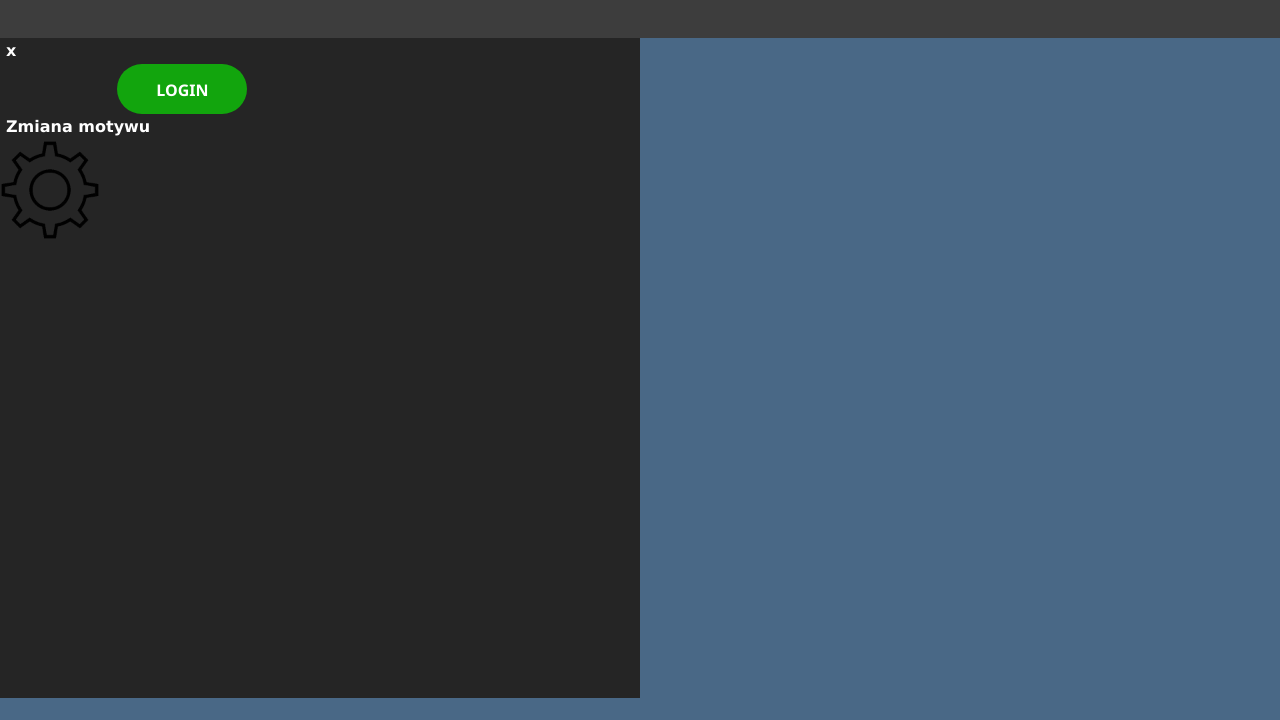
Repository: K4ziWolf/kazi
Page: /, after clicking the first element matching `button.btn`
These files come from the project's save history. The page is drawn as it stood at one moment and after the next save; the edit follows.
The browser window is 1280 px wide. The pictures show the whole page.
The project was rebuilt for these pictures with package versions that can differ from the ones it lists, and the page was loaded fresh each time. Also part of the build but not shown: vue.config.js, src/components/login_screen.vue, src/components/option_screen.vue.

Above is the page before, as saved 2023-10-20 22:33:56.

### src/App.vue
<template>
<body>
  <section>
  <div id="container" class="col-md-12">
    <div class="d-flex flex-column text-white" style="background-color: rgb(61, 61, 61) ">
    <div class="x-btn">
      <button class="btn btn-outline-secondary" v-bind:class="open_menu_button " @click="showMenuScreen" >
        Pokaż menu
      </button>
      <menu_screen v-if="isMenuScreenVisible" @hide-menu-screen="hideMenuScreen" @show-login-screen="showLoginScreen" @change-theme="changeTheme" @option-open="optionOpener">
      </menu_screen>

    <div> <!--menu_scree i login_screen odpowiedzialne są za pokazywanie się tych komponentów-->
      <login_screen v-if="isLoginScreenVisible" @hide-login-screen="hideLoginScreen">
      </login_screen>
    </div>
    <option_screen v-if="isOptionScreenVisible" @hide-option-screen="HideOptionScreen">
      </option_screen>
  </div>
  </div>
  </div>
  </section>
</body>
</template>

<script>
import menu_screen from './components/menu_screen.vue';
import login_screen from './components/login_screen.vue';
import option_screen from './components/option_screen.vue';
export default {
  components: {
    menu_screen,
    login_screen,
    option_screen,
  },
  data() {
    return {
      open_menu_button: "show",
      open_login_button: "show",
      isLoginScreenVisible: false,
      isMenuScreenVisible: false,
      changecolor:0,
      isOptionScreenVisible: false,
    };
  },
  methods: {
    optionOpener(){
      this.isOptionScreenVisible = true;
    },
    HideOptionScreen(){
      setTimeout(() => {
      this.isOptionScreenVisible = false;
      }, 1000);
    },
    changeTheme() {
        this.changecolor += 1;
      if (this.changecolor % 2 === 0) {
        document.body.style.backgroundColor = 'blue';
      } else {
        document.body.style.backgroundColor = 'red';
      }
    },
    showMenuScreen() { //funkcja pokazująca menu
      this.isMenuScreenVisible = true;
      this.open_menu_button = "hidden";
      this.open_login_button = "show";
    },
    hideMenuScreen() {
      setTimeout(() => { //timeout aby animacja była płynna
        this.open_menu_button = "show";
        this.isMenuScreenVisible = false;
      }, 1200);
    },
    showLoginScreen() {
      this.isLoginScreenVisible = true;
      setTimeout(() => {
      this.isMenuScreenVisible = false;
      }, 1000);
    },
    hideLoginScreen() {
      setTimeout(() => {
        this.open_login_button = "show";
        this.open_menu_button ='show'
        this.isLoginScreenVisible = false;
      }, 1500);
    },
  },
};
</script>

<style>
@import '/src/style.css';

#app {
  font-family: Avenir, Helvetica, Arial, sans-serif;
  -webkit-font-smoothing: antialiased;
  -moz-osx-font-smoothing: grayscale;
  text-align: center;
  color: #2c3e50;
}
.show {
  opacity: 1;
  animation: show_button 0.4s;
}
@keyframes show_button {
  from {
    opacity: 0;
  }
  to {
    opacity: 1;
  }
}
.hidden {
  animation: hide_button 0.4s;
  opacity: 0;
}
@keyframes hide_button {
  from {
    opacity: 1;
  }
  to {
    opacity: 0;
  }
}
body { /*testy moje do zmiany */
  height: 100%;
  width: 100%;
  background-color: rgb(127, 247, 207);
}
.x-btn {
  background-color: rgb(61, 61, 61);

}
.xd-btn {
  text-decoration: none;
  border: none;
  font-family: Verdana, Geneva, Tahoma, sans-serif;
  background-color: #2c3e50;
  border-bottom-left-radius: 25px;
  border-bottom-right-radius: 25px;
  color: white;
  font-weight: bolder;

}
html {
  background-color: #496886;
}
</style>

### src/style.css
template {
    background-color: aqua;
}

### src/components/menu_screen.vue
<template>
  <div class="holder-ten1 col-sm-6" id="menu_holder" :class="menu_box_show">
    <div class="pole-exit-btn" id="Exit_menu_button">
      <button class="exit-baton" id="menu_exit_button" @click="hideMenuScreen">x</button>
      <button class="baton" id="poka-login" v-bind:class="open_login_button" @click="showLoginScreen">
        LOGIN
      </button>
      <button id="change_theme_btn" v-bind:class="change_theme_btn" @click="changeTheme">
        Zmiana motywu
      </button>
      <div id="gear_icon_box">
        <img
          v-bind:class="open_option_button"
          src="../assets/gear_icon.png"
          alt="Gear Icon"
          @mouseenter="openOptionButtonEnter"
          @mouseleave="openOptionButtonLeave"
          @click="open_options"
        />
      </div>
    </div>
  </div>
  </template>

  <script>
  export default {
    data() {
      return {
        menu_box_show: "show",
        open_option_button: "unanimated",
        change_theme_btn:"bright",
      };
    },
    methods: {
      open_options(){
        this.$emit('option-open');

      },
      changeTheme() {
        if (this.change_theme_btn === 'dark') {
          this.change_theme_btn = 'bright';
        } else {
          this.change_theme_btn = 'dark';
        }
          this.$emit('change-theme');
      },
      hideMenuScreen() {
        this.$emit('hide-menu-screen');
        this.menu_box_show = "hide";
      }, //emit to event, czyli wysłanie do komponenta rodzica komendy wywołania funckji w tym przypadku hideMenuScreen
      showLoginScreen() {
        this.menu_box_show = "hide";
        setTimeout(() => {
          this.$emit('show-Login-Screen');
        }, 200); //opóźnienie dla dobra animacji chyba tak mi się wydaje dawno temu to pisałem
      },
      openOptionButtonEnter() {
        this.open_option_button = "animated";
      },
      openOptionButtonLeave(){
        this.open_option_button = "unanimated";
      },
    },
  };
  </script>
  <style scoped>  /* scoped dotyczy tylko tego dokumentu */
  .show {
    animation: show_animation 1s ease-in-out;
  }
  @keyframes show_animation {
    from {
      opacity: 0;
      transform: translate3d(-40%, 0, 0);
    }
    to {
      opacity: 1;
      transform: translate3d(0, 0, 0);
    }
  }
  .hide {
    opacity: 0;
    animation: hide_animation 1s ease-in-out;
  }
  @keyframes hide_animation {
    from {
      opacity: 1;
      transform: translate3d(0, 0, 0);
    }
    to {
      opacity: 0;
      transform: translate3d(-40%, 0, 0);
    }
  }

  #menu_holder { /*testy moje do zmiany */
    background-color: rgb(37, 37, 37) !important;

    display: grid;
   position: absolute;
   grid-template-columns: 1fr 1fr;
   grid-template-rows: 1fr 1fr 1fr 1fr 1fr;
   gap: 0px;
   grid-template-areas:
        ". Exit_menu_button"
        " poka-login ."
        "..."
        "gear_icon_box"
        " change_theme_btn .";
  }
  .baton {
    background-color: rgb(18, 165, 13);
    display: inline-grid;
    text-decoration: none;
    width: 130px;
    height: 50px;
    border-radius: 25px;
    text-align: center;
    font-family: 'Segoe UI', Tahoma, Geneva, Verdana, sans-serif;
    border: none;
    justify-content: center;
    align-self: center;
    color: white;
    margin-left: 14%;
    line-height: 50px;
    font-weight: bold;
  }
  .exit-baton {
    border: none;
    background-color: transparent;
    display: grid;

    font-family:Verdana, Geneva, Tahoma, sans-serif;
    font-weight: bold;
    color: white;


  }
  holder-ten1 {
    background-color: rgb(37, 37, 37);
  }
  pole-exit-btn {
    background-color: rgb(37, 37, 37);
  }
  .dark{
    color: rgb(37, 37, 37) !important;
  }
  .bright{

    color: white;
  }
  #gear_icon_box img {
    max-width: 100px;
    cursor: pointer;
  }
  .unanimated{
  animation: back_spin 0.5s;
}
  .animated{
    animation: spin 5s linear infinite;
  }
  @keyframes spin {
  from {
    transform: rotate(0deg);
  }
  to {
    transform: rotate(360deg);
  }
}
@keyframes back_spin {
  from {
    transform: rotate(360deg);
  }
  to {
    transform: rotate(0deg);
  }
 }
 #gear_icon_box {
    height: 30px;
    width: 30px;
    border: none;
    background-color: transparent;
    display: grid;
    font-family: Verdana, Geneva, Tahoma, sans-serif;
    font-weight: bold;
    grid-area: gear_icon_box;
}
  #change_theme_btn{
    border: none;
    background-color: transparent;
    display: grid;

    font-family:Verdana, Geneva, Tahoma, sans-serif;
    font-weight: bold;
    grid-area: change_theme_btn;
   }
  </style>

Loaded but not shown: public/index.html (common file); src/main.js (common file)

After the next save:
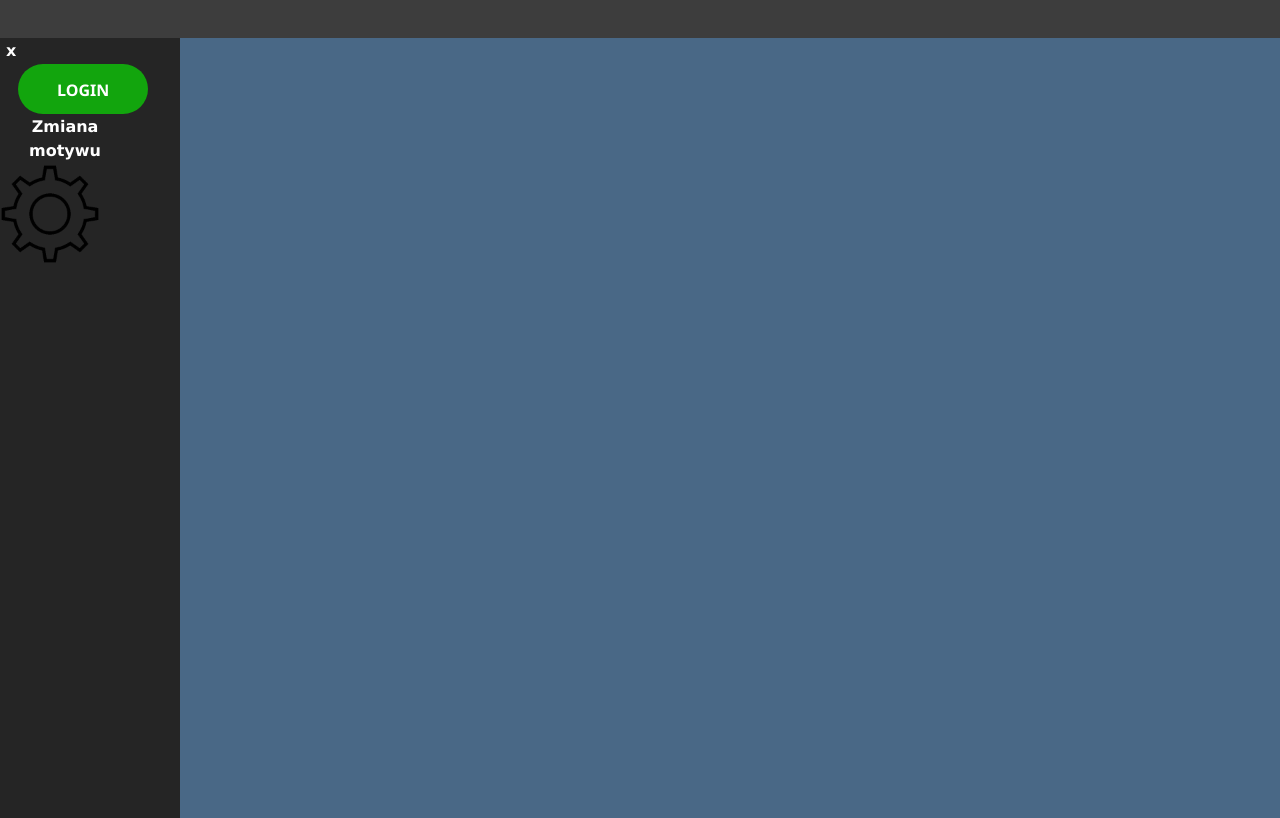
Saved 6 s later.
--- a/src/components/menu_screen.vue
+++ b/src/components/menu_screen.vue
@@ -1,14 +1,14 @@
 <template>
-  <div class="holder-ten1 col-sm-6" id="menu_holder" :class="menu_box_show">
-    <div class="pole-exit-btn" id="Exit_menu_button">
-      <button class="exit-baton" id="menu_exit_button" @click="hideMenuScreen">x</button>
-      <button class="baton" id="poka-login" v-bind:class="open_login_button" @click="showLoginScreen">
-        LOGIN
-      </button>
-      <button id="change_theme_btn" v-bind:class="change_theme_btn" @click="changeTheme">
-        Zmiana motywu
-      </button>
-      <div id="gear_icon_box">
+    <div class="holder-ten1 col-sm-6" id="menu_holder" :class="menu_box_show">
+      <div class="pole-exit-btn" id="Exit_menu_button">
+        <button class="exit-baton" id="menu_exit_button " @click="hideMenuScreen">x</button>
+        <button class="baton" id="poka-login" v-bind:class="open_login_button" @click="showLoginScreen">
+          LOGIN
+        </button>
+        <button id="change_theme_btn" v-bind:class="change_theme_btn" @click="changeTheme">
+          Zmiana motywu
+        </button>
+        <div id="gear_icon_box">
         <img
           v-bind:class="open_option_button"
           src="../assets/gear_icon.png"
@@ -19,7 +19,7 @@
         />
       </div>
     </div>
-  </div>
+    </div>
   </template>
 
   <script>
@@ -94,7 +94,7 @@
 
   #menu_holder { /*testy moje do zmiany */
     background-color: rgb(37, 37, 37) !important;
-
+    width: 180px;
     display: grid;
    position: absolute;
    grid-template-columns: 1fr 1fr;
